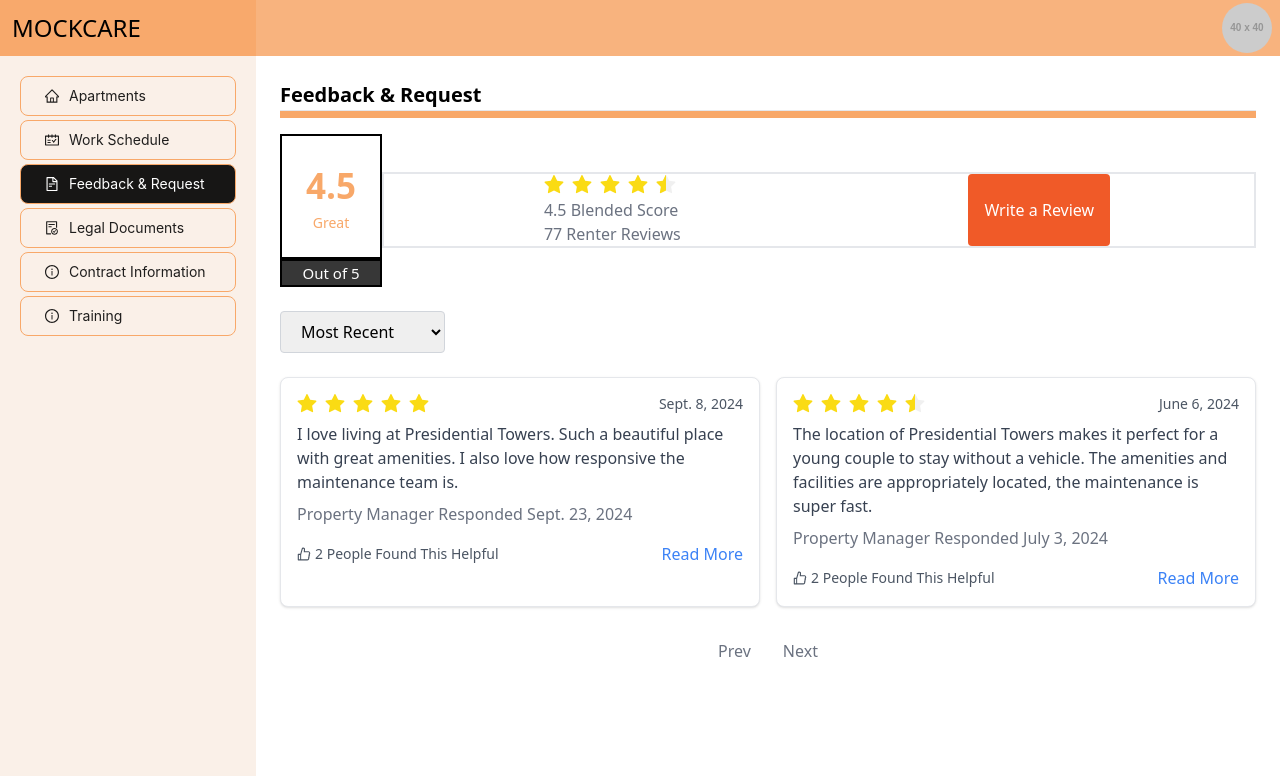
Repository: dunh-real/MockProject_102024_Nhom4
Page: / (app in frontend/)
The author's editor kept a copy of each file at every save. The page is drawn from the files as they stood at one save, then again after the next save.
The browser window is 1280 px wide. The pictures show the whole page.
The project was rebuilt for these pictures with package versions that can differ from the ones it lists, and the page was loaded fresh each time. Also part of the build but not shown: frontend/vite.config.js, frontend/vite.config.ts, frontend/src/App.css, frontend/src/component/ReviewModal.tsx.

Above is the page before, as saved 2024-10-09 13:12:59.

### frontend/src/App.tsx

import './App.css'
import ReviewList from './pages/Feedback&Request/Feedback&Request'
// import LoginForm from './pages/Login/Login'

function App() {


  return (
    <>
      {/* <LoginForm/> */}
      <ReviewList/>
    </>
  )
}

export default App

### frontend/src/pages/Feedback&Request/Feedback&Request.tsx
import React, { useState } from 'react';
import { Rate } from 'antd'; // Dùng Antd cho Rate, có thể thay thế bằng biểu tượng của Tailwind nếu cần
import { LikeOutlined } from '@ant-design/icons';
import ReviewModal from '../../component/ReviewModal';
import Sidebar from '../../component/Sidebar';

interface Review {
    date: string;
    rating: number;
    text: string;
    managerResponse: string;
    helpfulCount: number;
}

const reviews: Review[] = [
    {
        date: 'Sept. 8, 2024',
        rating: 5,
        text: 'I love living at Presidential Towers. Such a beautiful place with great amenities. I also love how responsive the maintenance team is.',
        managerResponse: 'Property Manager Responded Sept. 23, 2024',
        helpfulCount: 2,
    },
    {
        date: 'June 6, 2024',
        rating: 4.5,
        text: 'The location of Presidential Towers makes it perfect for a young couple to stay without a vehicle. The amenities and facilities are appropriately located, the maintenance is super fast.',
        managerResponse: 'Property Manager Responded July 3, 2024',
        helpfulCount: 2,
    },
];

const ReviewList: React.FC = () => {
    const [showModal, setShowModal] = useState<boolean>(false);
    const [page, setPage] = useState<number>(1);

    const handlePageChange = (page: number) => {
        setPage(page);
    };

    const handleSortChange = (value: string) => {
        console.log(`Sort by: ${value}`);
    };

    return (
        <div className=" min-h-screen  bg-gray-50">
            <div className='flex  bg-[#f8a769d9]  justify-between items-center'>
                <div className=' bg-[#f8a769d9] p-3 w-1/5'>
                    <h1 className='text-2xl'>MOCKCARE</h1>
                </div>
                <div className="flex  justify-end">
                    <img
                        src="https://via.placeholder.com/40"
                        alt="Avatar"
                        className="rounded-full w-[50px] h-[50px] mr-2"
                    />
                </div>
            </div>
            <div className="flex">
                <Sidebar />
                <div className="w-4/5 p-6 bg-white">
                    <div className='mb-4'>
                        <h2 className='text-[20px] font-bold'>Feedback & Request</h2>
                        <hr className='h-[8px] bg-[#F8A869]' />
                    </div>
                    <div className="flex justify-between items-center mb-6">
                        <div className="flex flex-col   items-center">
                            <div className=" text-center text-[#F8A869] border-black border-2  p-6 ">
                                <div className=''>
                                    <p className="text-[35px] font-bold">4.5</p>
                                    <p className="text-sm text-[27px]">Great</p>
                                </div>

                            </div>
                            <div className="text-xs w-full border-black border-2 bg-[#000000c8]">
                                <p className='text-white p-1 text-[15px] text-center'>Out of 5</p>
                            </div>
                        </div>
                        <div className='border-2 w-full flex justify-around'>
                            <div className="ml-4 ">
                                <Rate allowHalf defaultValue={4.5} disabled />
                                <div className="text-gray-500">4.5 Blended Score</div>
                                <div className="text-gray-500">77 Renter Reviews</div>
                            </div>
                            <button
                                onClick={() => setShowModal(true)}
                                className="bg-[#f05a28] text-white px-4 py-2 rounded hover:bg-[#f25f30]"
                            >
                                Write a Review
                            </button>
                        </div>
                    </div>
                    <div className="mb-6 flex justify-between">
                        <select
                            onChange={(e) => handleSortChange(e.target.value)}
                            className="border border-gray-300 rounded px-4 py-2"
                        >
                            <option value="recent">Most Recent</option>
                            <option value="highest">Highest Rating</option>
                            <option value="lowest">Lowest Rating</option>
                        </select>
                    </div>
                    <div className="grid grid-cols-1 md:grid-cols-2 gap-4">
                        {reviews.slice((page - 1) * 2, page * 2).map((review, index) => (
                            <div key={index} className="p-4 border border-gray-200 rounded-lg bg-white shadow">
                                <div className="flex justify-between items-center mb-2">
                                    <Rate allowHalf defaultValue={review.rating} disabled />
                                    <span className="text-sm text-gray-600">{review.date}</span>
                                </div>
                                <p className="text-gray-700">{review.text}</p>
                                <p className="text-gray-500 mt-2">{review.managerResponse}</p>
                                <div className="flex justify-between items-center mt-4">
                                    <div className="flex items-center text-sm text-gray-600">
                                        <LikeOutlined className="mr-1" />
                                        {review.helpfulCount} People Found This Helpful
                                    </div>
                                    <button className="text-blue-500">Read More</button>
                                </div>
                            </div>
                        ))}
                    </div>
                    <div className="flex justify-center mt-6">
                        <button
                            onClick={() => handlePageChange(page - 1)}
                            className="px-4 py-2 text-gray-500"
                            disabled={page === 1}
                        >
                            Prev
                        </button>
                        <button
                            onClick={() => handlePageChange(page + 1)}
                            className="px-4 py-2 text-gray-500"
                        >
                            Next
                        </button>
                    </div>
                </div>
            </div>
            {showModal && <ReviewModal setShowModal={setShowModal} />}
        </div>
    );
};

export default ReviewList;

### frontend/src/component/Sidebar.tsx
import { Menu } from 'antd';
import { HomeOutlined, ScheduleOutlined, FileTextOutlined, FileDoneOutlined, InfoCircleOutlined } from '@ant-design/icons';

const Sidebar = () => {
  return (
    <div style={{ width: '20%', minHeight: '100vh', backgroundColor: '#FAF0E8', padding: '1rem' }}>
      <Menu
        defaultSelectedKeys={['feedback']}
        mode="inline"
        style={{ backgroundColor: '#FAF0E8', borderRight: 0 }}
      >
        <Menu.Item
          key="apartments"
          icon={<HomeOutlined />}
          style={{
            padding: '12px 24px',
            border:1, borderStyle:'solid', borderColor:'#F8A869'
          }}
        >
          Apartments
        </Menu.Item>
        <Menu.Item
          key="schedule"
          icon={<ScheduleOutlined />}
          style={{
            padding: '12px 24px',
            border:1, borderStyle:'solid', borderColor:'#F8A869'
          }}
        >
          Work Schedule
        </Menu.Item>
        <Menu.Item
          key="feedback"
          icon={<FileTextOutlined />}
          style={{
            backgroundColor: '#171615',
            color: 'white',
            padding: '12px 24px',
            border:1, borderStyle:'solid', borderColor:'#F8A869'
          }}
        >
          Feedback & Request
        </Menu.Item>
        <Menu.Item
          key="legal"
          icon={<FileDoneOutlined />}
          style={{
            padding: '12px 24px',
            border:1, borderStyle:'solid', borderColor:'#F8A869'
          }}
        >
          Legal Documents
        </Menu.Item>
        <Menu.Item
          key="contract"
          icon={<InfoCircleOutlined />}
          style={{
            padding: '12px 24px',
            border:1, borderStyle:'solid', borderColor:'#F8A869'
          }}
        >
          Contract Information
        </Menu.Item>
        <Menu.Item
          key="training"
          icon={<InfoCircleOutlined />}
          style={{
            padding: '12px 24px',
            border: 1, borderStyle: 'solid', borderColor: '#F8A869'
          }}
        >
          Training
        </Menu.Item>
      </Menu>
    </div>
  );
};

export default Sidebar;

Loaded but not shown: frontend/index.html (common file); frontend/src/main.jsx (common file); frontend/src/index.css (common file); frontend/tailwind.config.js (common file)

After the next save:
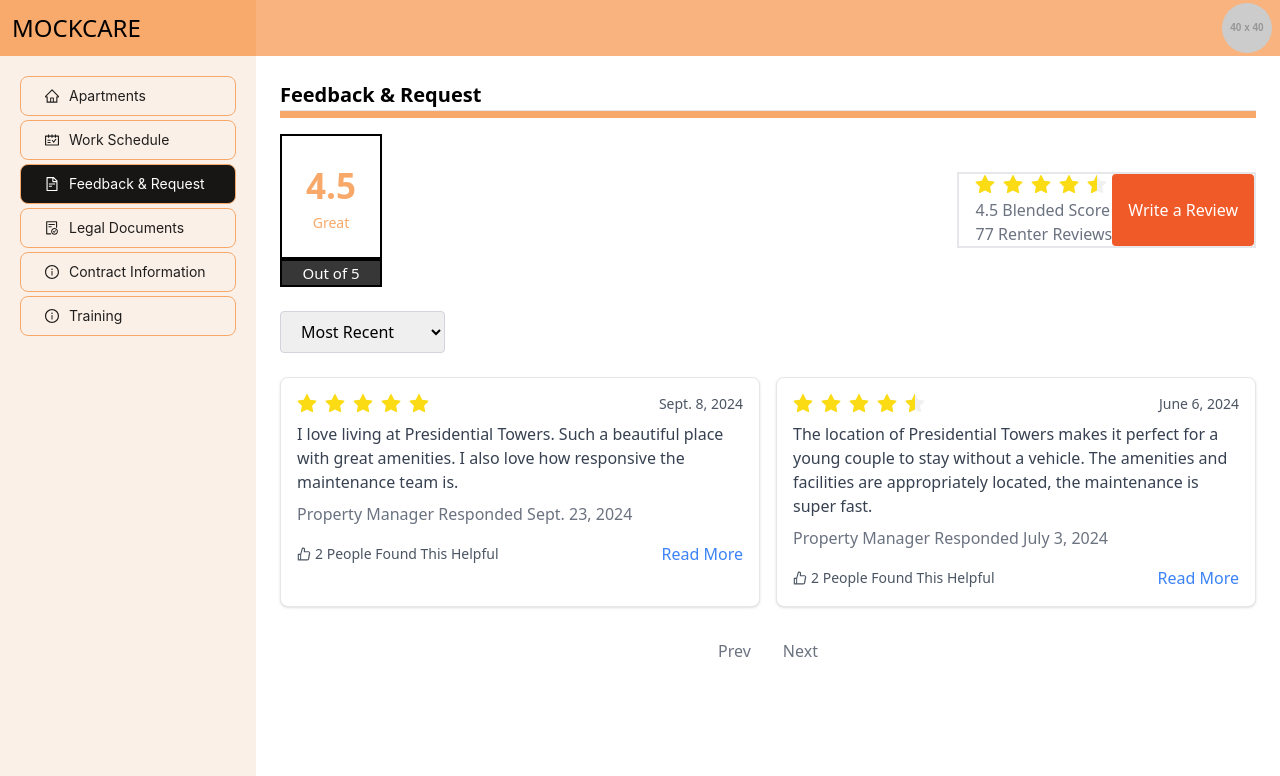
Saved 4 s later.
--- a/frontend/src/pages/Feedback&Request/Feedback&Request.tsx
+++ b/frontend/src/pages/Feedback&Request/Feedback&Request.tsx
@@ -75,7 +75,7 @@ const ReviewList: React.FC = () => {
                                 <p className='text-white p-1 text-[15px] text-center'>Out of 5</p>
                             </div>
                         </div>
-                        <div className='border-2 w-full flex justify-around'>
+                        <div className='border-2  flex justify-around'>
                             <div className="ml-4 ">
                                 <Rate allowHalf defaultValue={4.5} disabled />
                                 <div className="text-gray-500">4.5 Blended Score</div>
